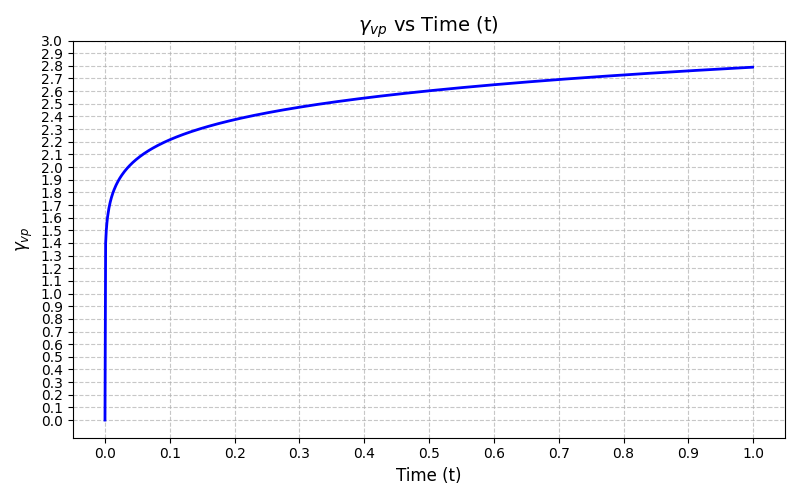
Repository: ajacquey/beaver
Script's output: python examples/viscoelasticity/Lemaitre/Lemaitre_analytical/Lemaitre_analytical.py
These files come from the project's save history. The script's output is drawn as it stood at one moment and after the next save; the edit follows.
Random numbers start from a fixed seed.

Above is the script's output before, as saved 2025-05-28 13:03:23.

After the next save:
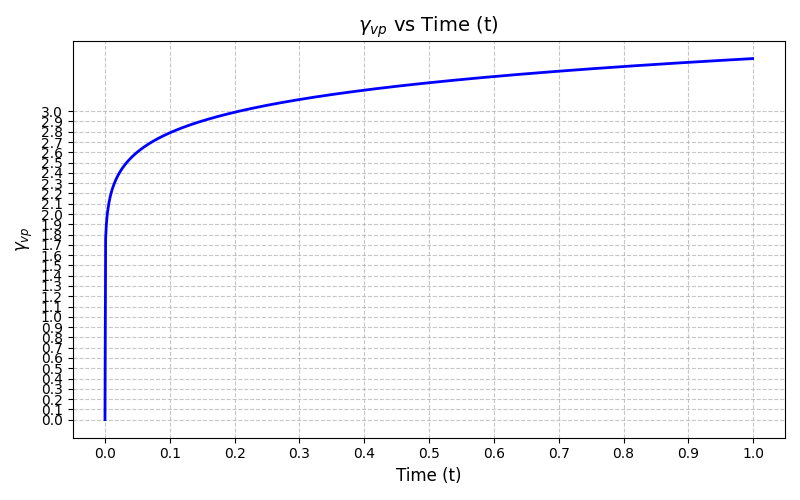
Saved 95 s later.
--- a/examples/viscoelasticity/Lemaitre/Lemaitre_analytical/Lemaitre_analytical.py
+++ b/examples/viscoelasticity/Lemaitre/Lemaitre_analytical/Lemaitre_analytical.py
@@ -5,7 +5,7 @@ from openpyxl import Workbook
 def calculate_gamma_vp(t, A_r=1, T_r=289, T=289, q=2, A_2=1, alpha=0.1, beta=1.48):
     """Calculate the analytical solution for gamma_vp"""
     exponent = A_r * ((1 / T_r) - (1 / T))
-    numerator = alpha * np.exp(exponent)
+    numerator = np.exp(exponent)
     denominator = alpha
     first_term = (numerator / denominator) ** alpha
     second_term = (q / A_2) ** beta
